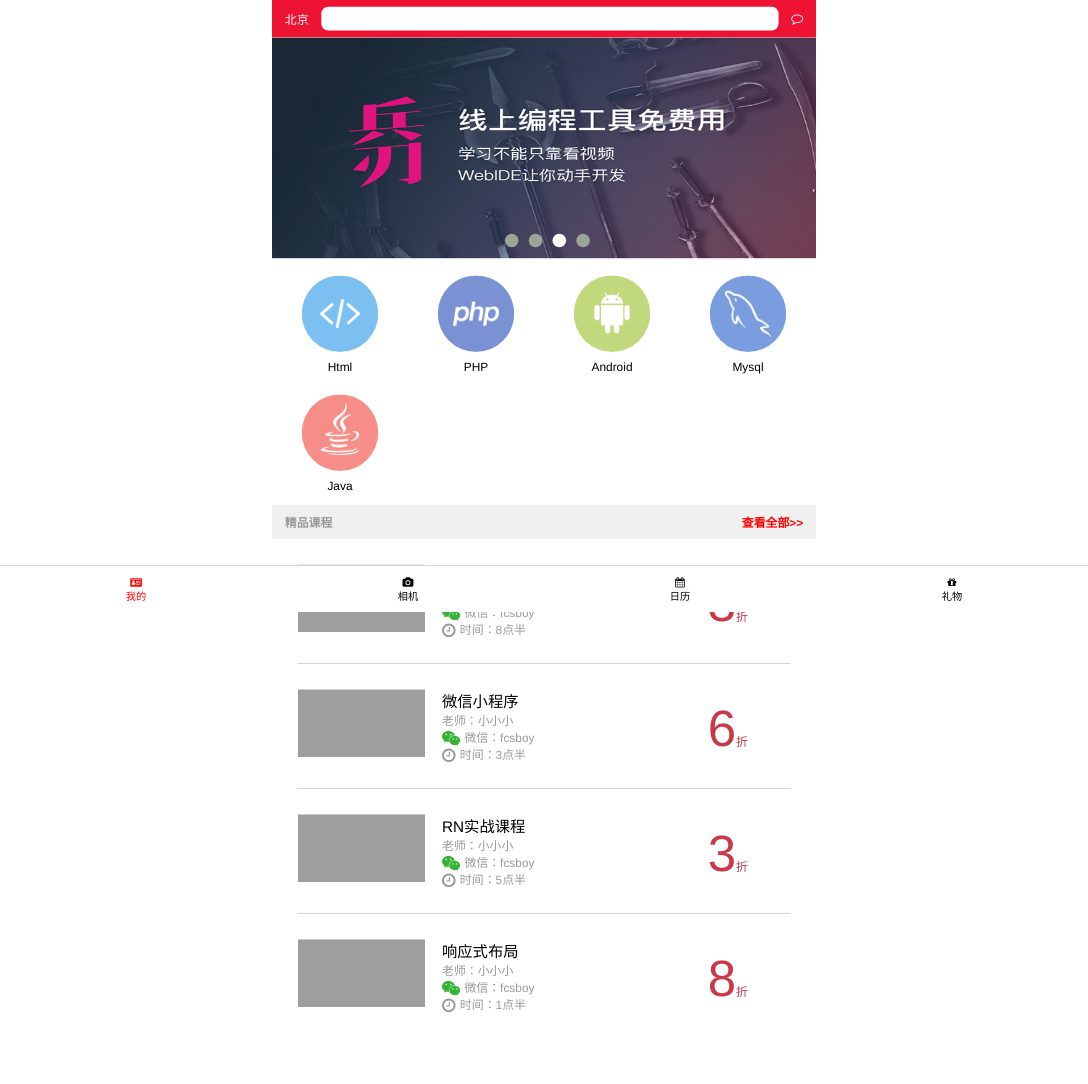
Repository: zhenzhen-gong/flextContent
Page: index.html
An editor plug-in stored every save of this project. The page is shown before and after the next save, followed by the edit.
The browser window is 1280 px wide. The pictures show the whole page, at 85% of full size.
Pictures or frames that could not be fetched are drawn as grey boxes.

Above is the page before, as saved 2020-06-19 11:02:12.

After the next save:
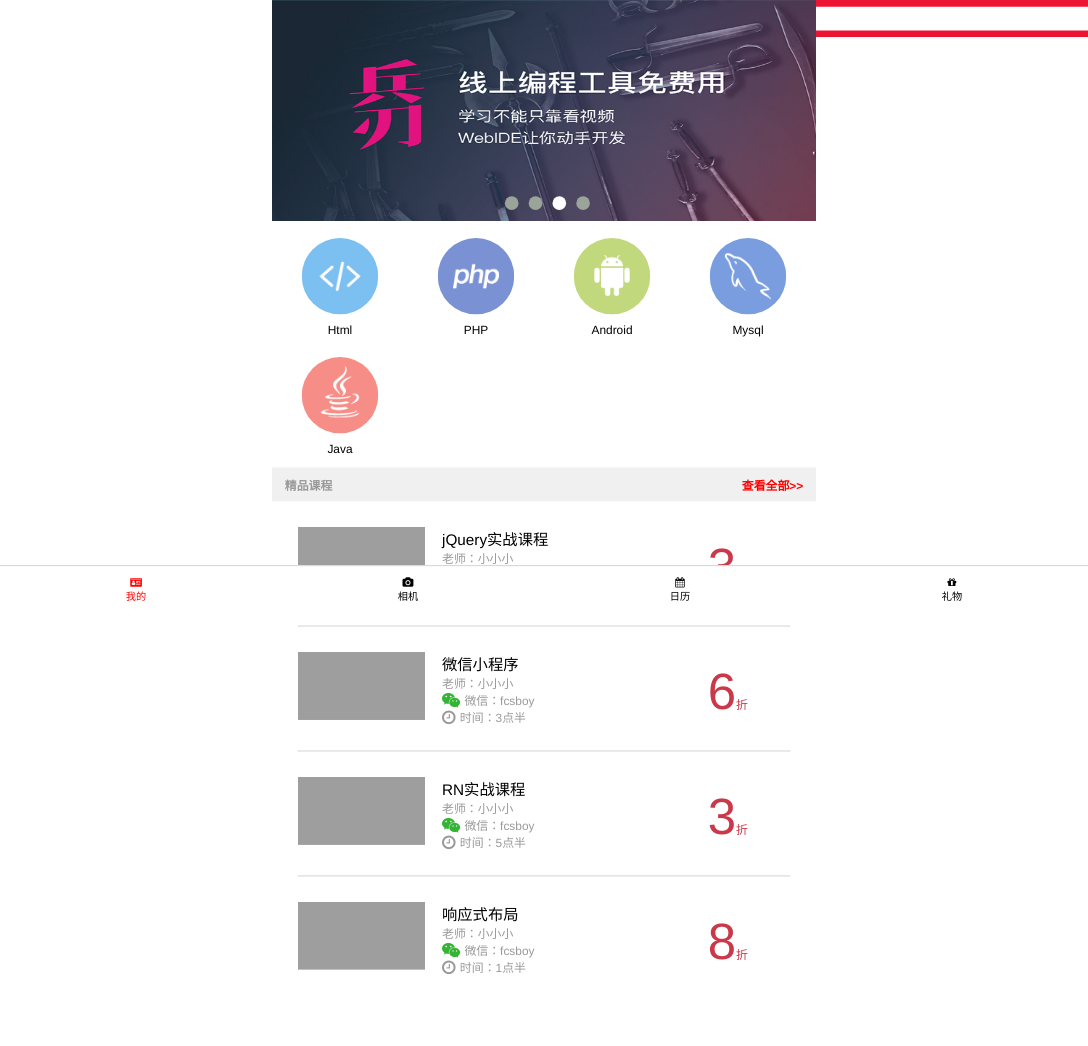
Saved 37 s later.
--- a/css/style.css
+++ b/css/style.css
@@ -22,7 +22,9 @@
 }
 /* 头部导航 */
 .Tbox>header{
+   position: fixed;
    height: 44px;
+   width: 100%;
    padding: 0 15px;
    background: #ef1333;
    display: flex;
